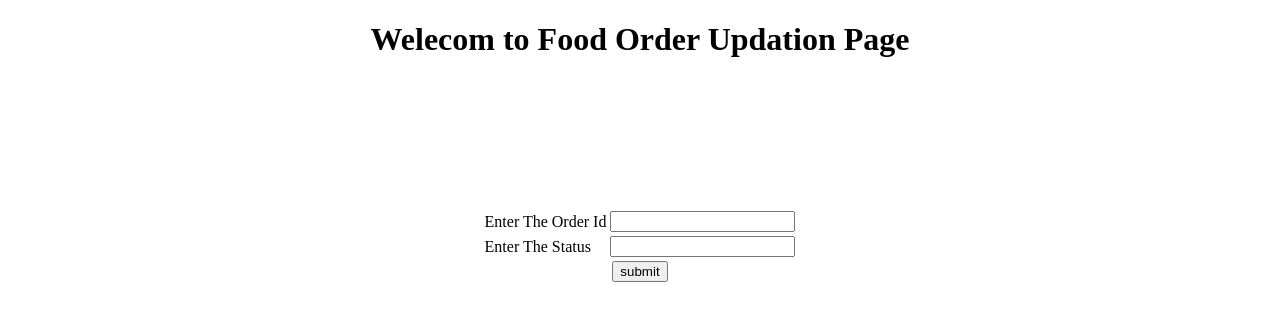
Repository: Jeevith-U/Advance-Java
Page: http://localhost/Food_App/updatefoodorder.jsp
These files come from the project's save history. The page is drawn as it stood at one moment and after the next save; the edit follows.
The browser window is 1280 px wide. The pictures show the whole page.
The page is served by Tomcat 9. Other server files are loaded and not shown.

Above is the page before, as saved 2023-08-23 14:21:44.

### Projects/Food_App/src/main/webapp/updatefoodorder.jsp
<%@ page language="java" contentType="text/html; charset=ISO-8859-1"
    pageEncoding="ISO-8859-1"%>
<!DOCTYPE html>
<html>
<head>
    <meta charset="UTF-8">
    <meta name="viewport" content="width=device-width, initial-scale=1.0">
    <title>Document</title>
    <style>
        table{
            display: flex;
            justify-content: center;
            align-items: center;
            margin-top: 150px;
        }
    </style>
</head>
<body>
    <form action="updatefoodorder" method="post">

        <h1 align="center">Welecom to Food Order Updation Page</h1>

        <table>
            <tr>
                <td><label for="id">Enter The Order Id</label></td>
                <td><input type="number" id="id" name="id"></td>
            </tr>
            <tr>
                <td><label for="status">Enter The Status</label></td>
                <td><input type="text" id="status" name="status"></td>
            </tr>
            <tr><td colspan="2px" align="center"><input type="submit" value="submit"></td></tr>
        </table>
    </form>
</body>
</html>

After the next save:
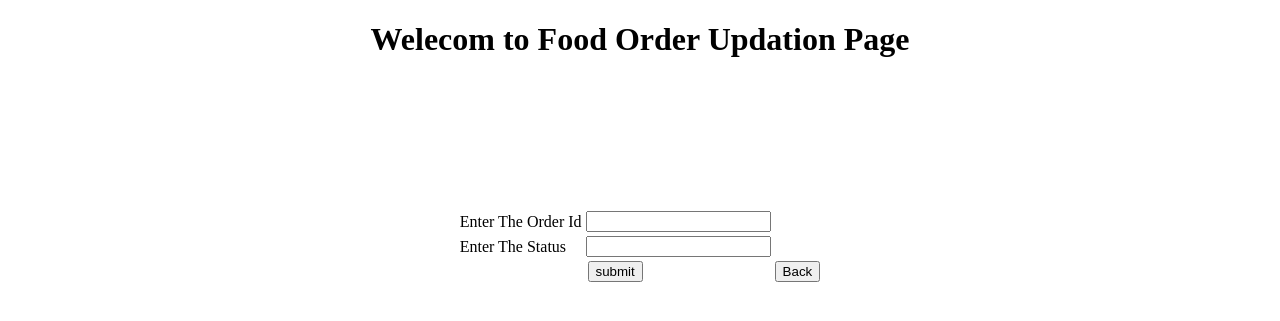
Saved 93 min 21 s later.
--- a/Projects/Food_App/src/main/webapp/updatefoodorder.jsp
+++ b/Projects/Food_App/src/main/webapp/updatefoodorder.jsp
@@ -29,7 +29,9 @@
                 <td><label for="status">Enter The Status</label></td>
                 <td><input type="text" id="status" name="status"></td>
             </tr>
-            <tr><td colspan="2px" align="center"><input type="submit" value="submit"></td></tr>
+            <tr><td colspan="2px" align="center"><input type="submit" value="submit"></td>
+            <td><a href="staff.jsp"><button>Back</button></a></td>
+            </tr>
         </table>
     </form>
 </body>
